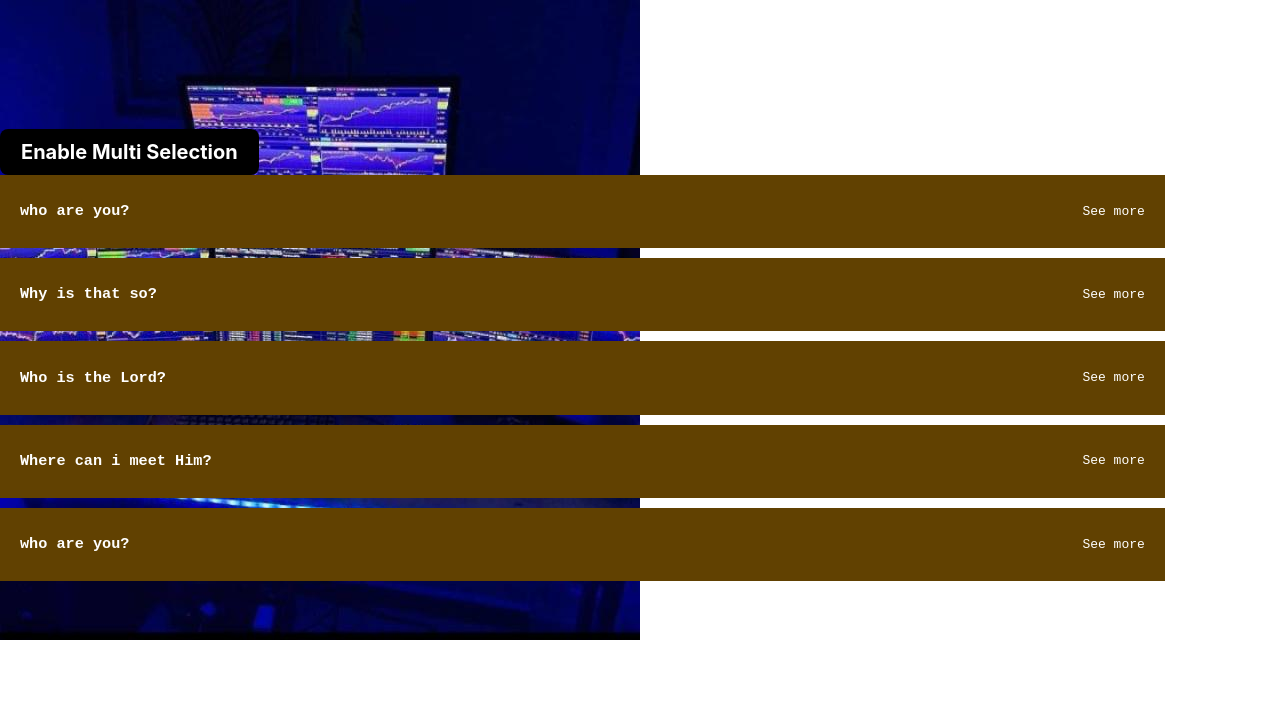
Repository: profbkmurage/reactprojectsBK
Page: /
The author's editor kept a copy of each file at every save. The page is drawn from the files as they stood at one save, then again after a run of saves.
The browser window is 1280 px wide. The pictures show the whole page.
The project was rebuilt for these pictures with package versions that can differ from the ones it lists, and the page was loaded fresh each time. Also part of the build but not shown: vite.config.js.

Above is the page before, as saved 2025-02-23 10:13:27.

After the next 3 saves:
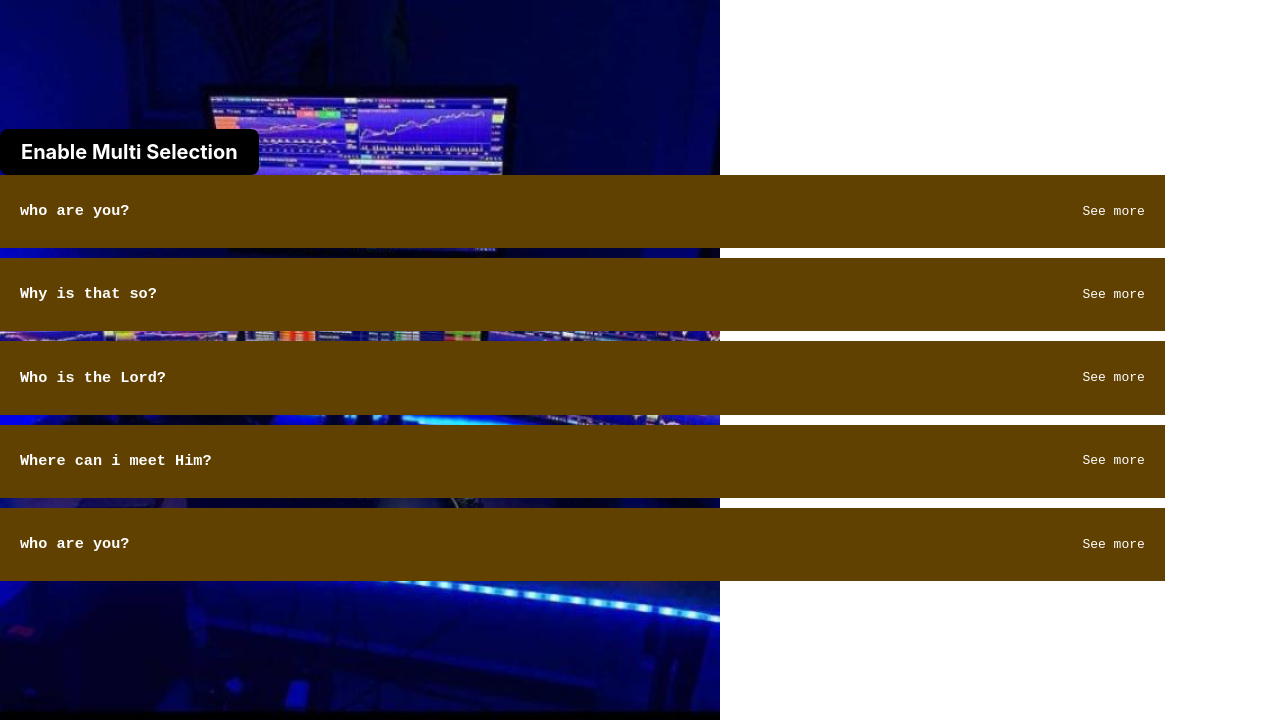
The 3 saves are shown as one change because they came seconds apart.
The last was saved 8 s later.
--- a/src/components/accordian/style.css
+++ b/src/components/accordian/style.css
@@ -2,7 +2,7 @@ body {
     overflow: hidden;
     background-image: url(../../assets/coding.jpg);
     background-repeat: no-repeat;
-    background-size: auto;
+    background-size: 100vh;
 }
 
 \src\assets\coding.jpg
